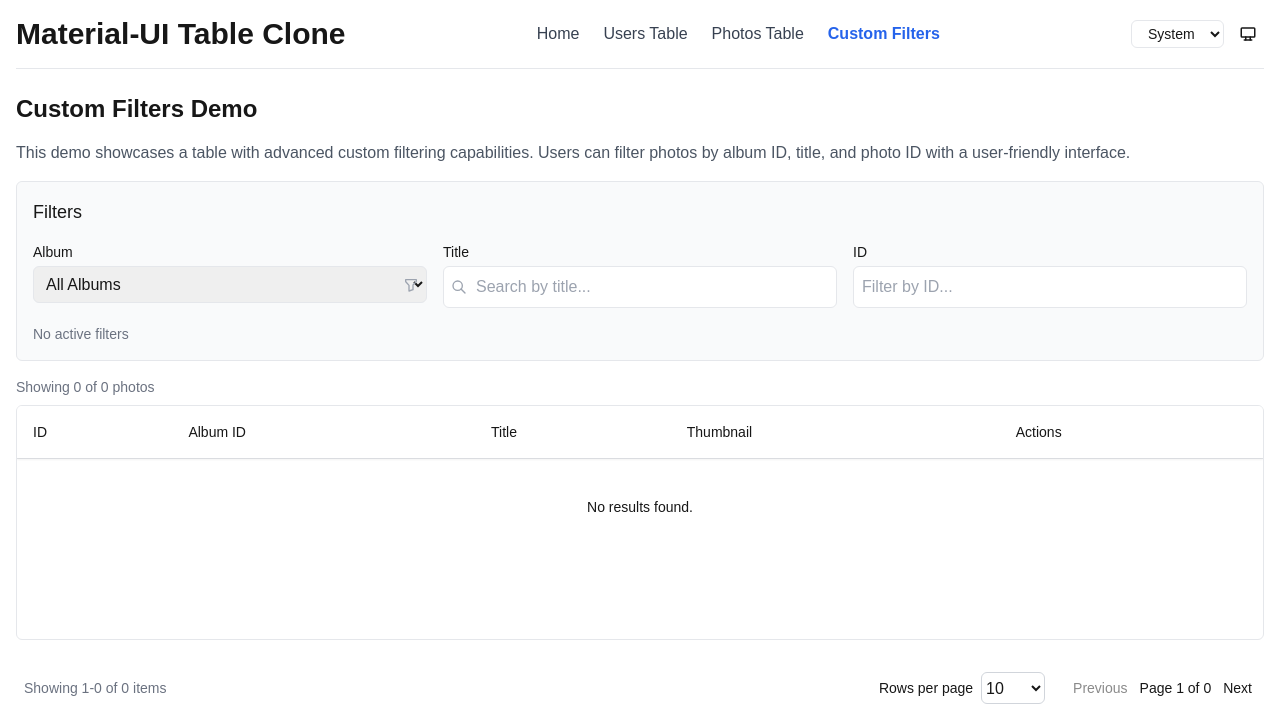
Repository: Dvirco1234/mini-mui-table
Page: /custom-filters
These files come from the project's save history. The page is drawn as it stood at one moment and after the next save; the edit follows.
The browser window is 1280 px wide. The pictures show the whole page.
The page's requests for data from a server got no answer. The project was rebuilt for these pictures with package versions that can differ from the ones it lists, and the page was loaded fresh each time. The framework's server and built-in components were replaced by stand-ins that run in the browser. No one was signed in, and anything a server would have sent is missing. Also part of the build but not shown: next.config.ts, src/components/ui/table/TableFilters.tsx, src/components/ui/table/TableSorters.tsx.

Above is the page before, as saved 2025-03-03 22:22:25.

After the next save:
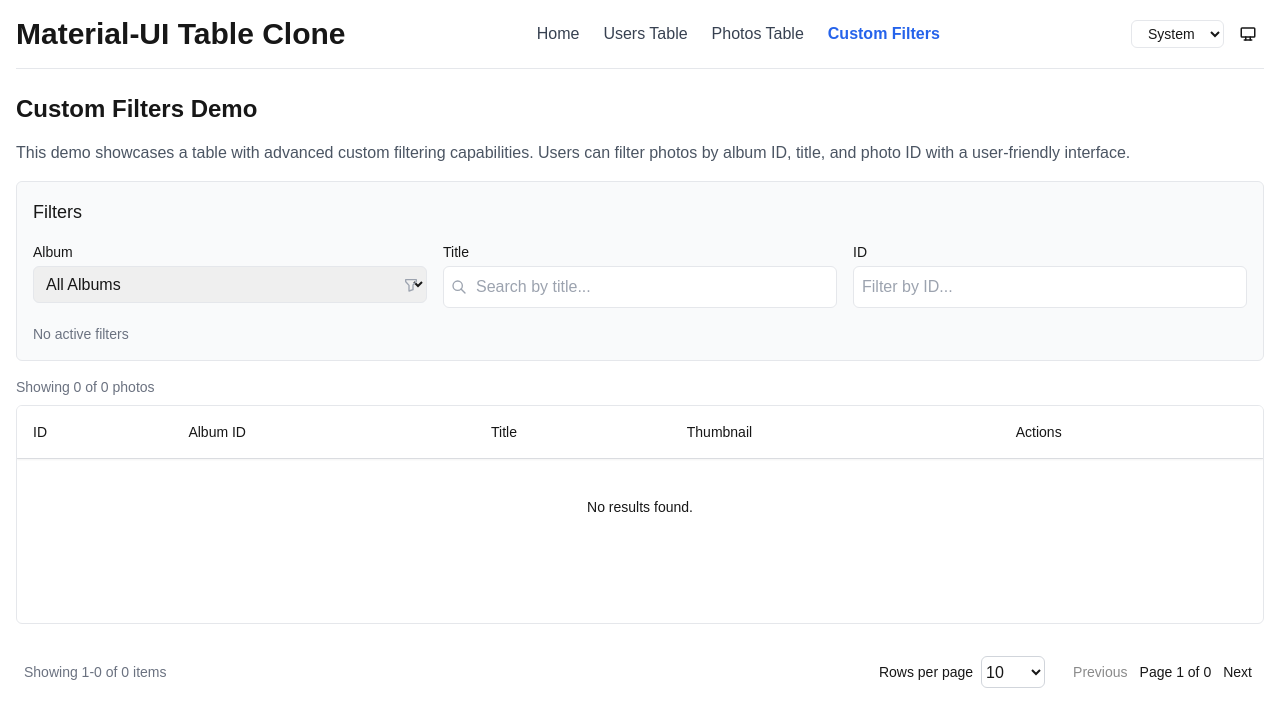
Saved 68 s later.
--- a/src/app/layout.tsx
+++ b/src/app/layout.tsx
@@ -31,7 +31,7 @@ export default function RootLayout({
       >
         <ThemeProvider defaultTheme="system" storageKey="mini-mui-table-theme">
           <main className="h-screen">
-            <div className="px-4 h-full flex flex-col">
+            <div className="px-4 pb-4 h-full flex flex-col">
               <Navigation />
               {children}
             </div>
